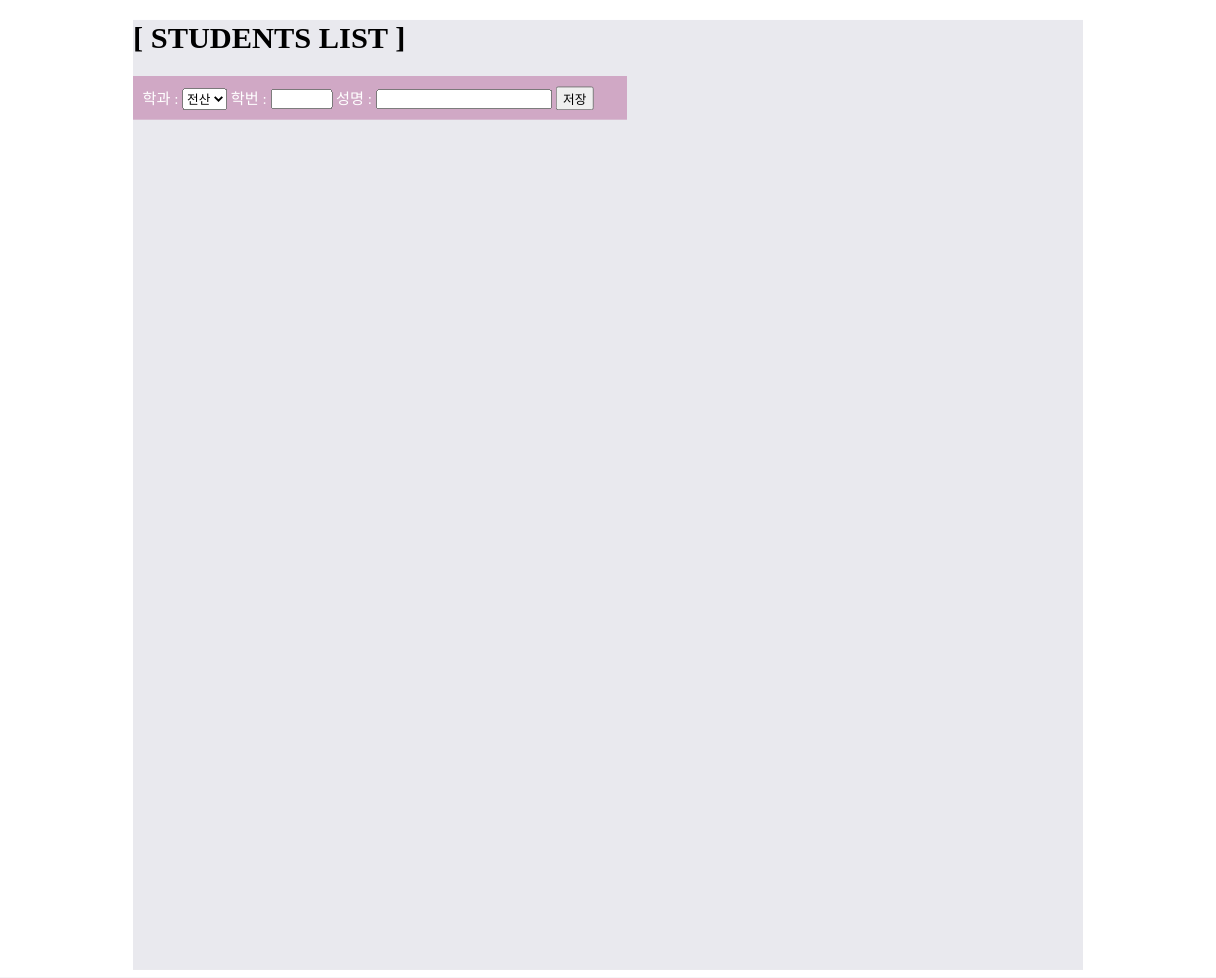
Repository: eeul07/html
Page: ex0508/WebContent/WEB-INF/students/slist.html
These files come from the project's save history. The page is drawn as it stood at one moment and after the next save; the edit follows.
The browser window is 1280 px wide. The pictures show the whole page, at 95% of full size.
Some web libraries are served in a nearby version.

Above is the page before, as saved 2020-05-08 01:06:21.

After the next save:
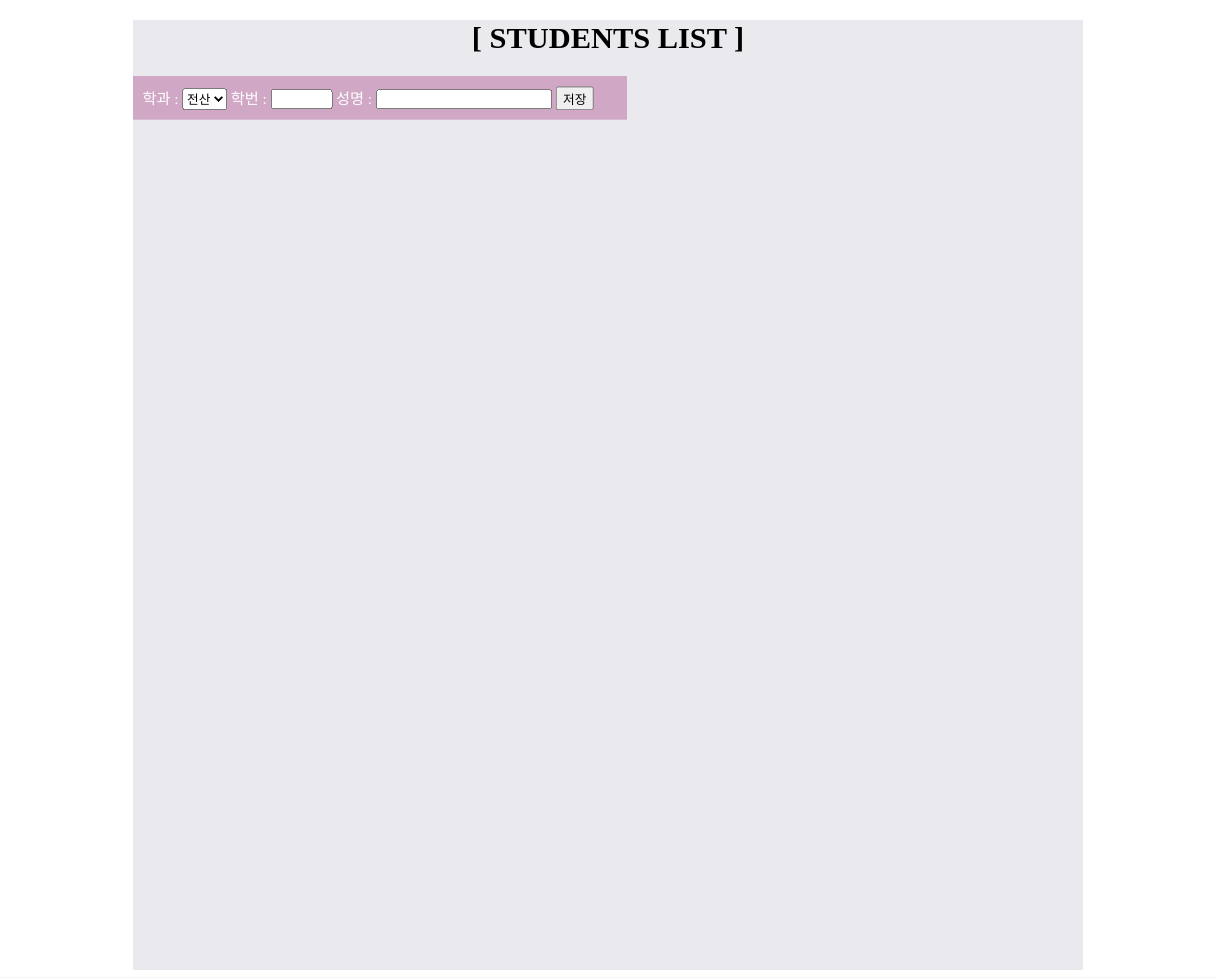
Saved 27 s later.
--- a/ex0508/WebContent/WEB-INF/students/slist.html
+++ b/ex0508/WebContent/WEB-INF/students/slist.html
@@ -7,6 +7,7 @@
 	<script src="https://cdnjs.cloudflare.com/ajax/libs/handlebars.js/3.0.1/handlebars.js"></script>
 	<style>
 		#page{background:#E9E9EE; width:1000px; height:1000px; margin:auto;}
+		h1{text-align:center;}
 		select{height:23px;}
 		#students{background:#D0A8C5; color:white; width:500px; padding:10px; margin-bottom:20px;}
 		#tbl{margin:10px; width:450px;}
